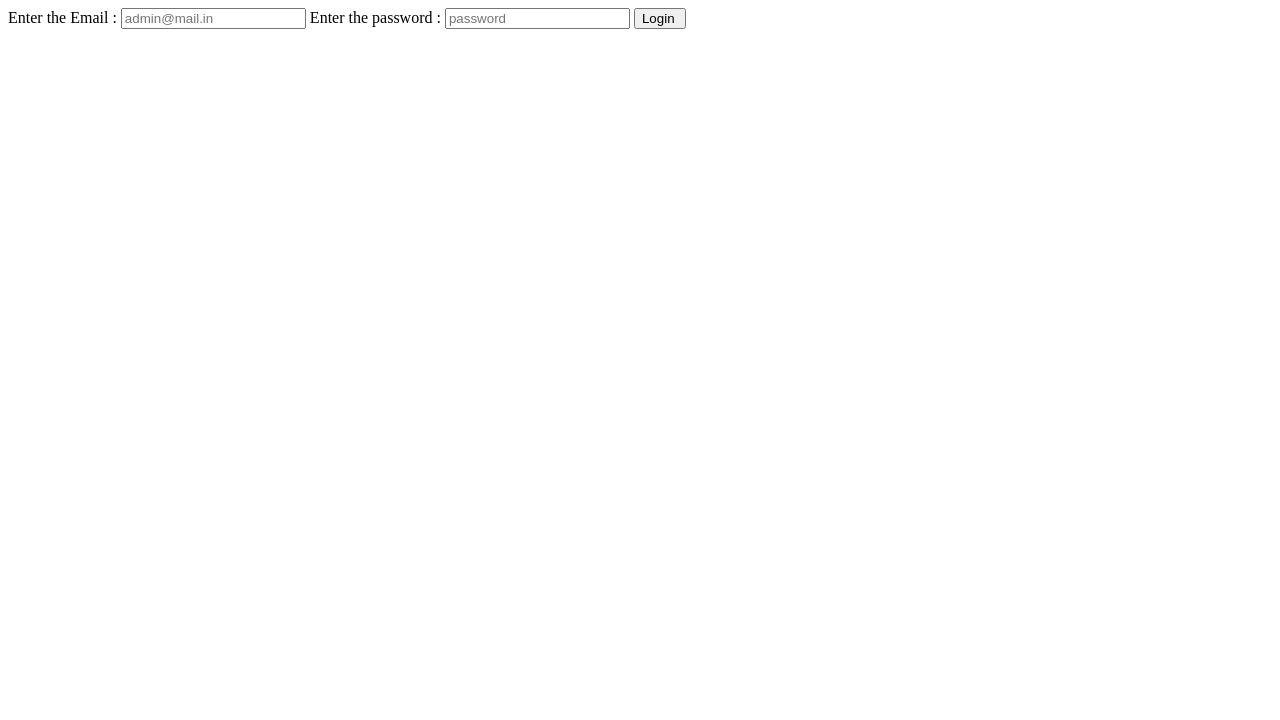
Repository: AkshayKPrajapati/CodingHub
Page: Servlet/WebContent/httpSession.html
These files come from the project's save history. The page is drawn as it stood at one moment and after the next save; the edit follows.
The browser window is 1280 px wide. The pictures show the whole page.

Above is the page before, as saved 2025-10-14 17:59:23.

After the next save:
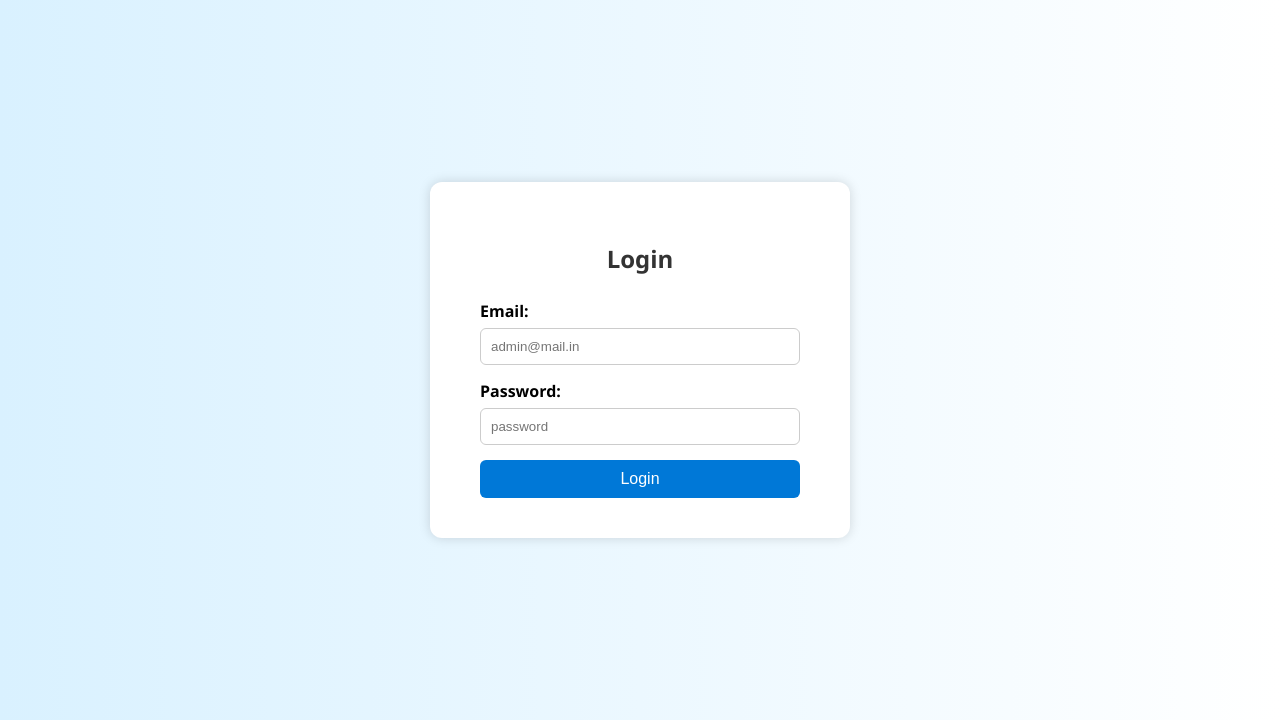
Saved 65 s later.
--- a/Servlet/WebContent/httpSession.html
+++ b/Servlet/WebContent/httpSession.html
@@ -1,18 +1,81 @@
 <!DOCTYPE html>
-<html>
+<html lang="en">
 <head>
-<meta charset="ISO-8859-1">
-<title>Http Session </title>
+  <meta charset="UTF-8">
+  <title>HTTP Session Login</title>
+
+  <style>
+    body {
+      font-family: "Segoe UI", Arial, sans-serif;
+      background: linear-gradient(to right, #d9f1ff, #ffffff);
+      display: flex;
+      justify-content: center;
+      align-items: center;
+      height: 100vh;
+      margin: 0;
+    }
+
+    .loginSection {
+      background: #fff;
+      padding: 40px 50px;
+      border-radius: 12px;
+      box-shadow: 0 0 12px rgba(0, 0, 0, 0.15);
+      width: 320px;
+      text-align: center;
+    }
+
+    .loginSection h2 {
+      margin-bottom: 25px;
+      color: #333;
+    }
+
+    .loginSection label {
+      display: block;
+      text-align: left;
+      margin-bottom: 6px;
+      font-weight: 600;
+    }
+
+    .loginSection input[type="email"],
+    .loginSection input[type="password"] {
+      width: 100%;
+      padding: 10px;
+      margin-bottom: 15px;
+      border-radius: 6px;
+      border: 1px solid #ccc;
+      box-sizing: border-box;
+    }
+
+    .loginSection input[type="submit"] {
+      width: 100%;
+      padding: 10px;
+      background-color: #0078d7;
+      color: white;
+      border: none;
+      border-radius: 6px;
+      font-size: 16px;
+      cursor: pointer;
+      transition: background 0.3s ease;
+    }
+
+    .loginSection input[type="submit"]:hover {
+      background-color: #005fa3;
+    }
+  </style>
 </head>
+
 <body>
+  <section class="loginSection">
+    <h2>Login</h2>
+    <form action="loginSession" method="post">
+      <label for="email">Email:</label>
+      <input type="email" id="email" name="email" placeholder="admin@mail.in" required>
 
-	<section class="loginSection">
-		<form action="loginSession" method="post">
-			Enter the Email : <input type="email" placeholder="admin@mail.in" name="email">
-			Enter the password : <input type="password" placeholder="password" name="password">
-			<input type="submit" value ="Login ">
-		</form>
-	</section>
+      <label for="password">Password:</label>
+      <input type="password" id="password" name="password" placeholder="password" required>
 
+      <input type="submit" value="Login">
+    </form>
+  </section>
 </body>
 </html>
